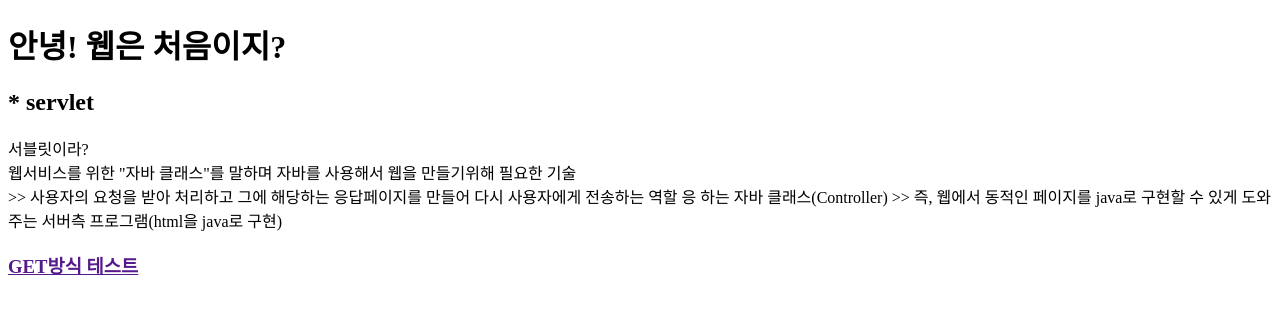
Repository: KimMJ0964/8file
Page: workspace/6_servlet/1_Servlet/src/main/webapp/index.html
The author's editor kept a copy of each file at every save. The page is drawn from the files as they stood at one save, then again after the next save.
The browser window is 1280 px wide. The pictures show the whole page.

Above is the page before, as saved 2024-09-06 03:37:37.

### workspace/6_servlet/1_Servlet/src/main/webapp/index.html
<!DOCTYPE html>
<html>
<head>
<meta charset="UTF-8">
<title>Insert title here</title>
</head>
<body>
	<h1>안녕! 웹은 처음이지?</h1>

	<h2>* servlet</h2>

	<p>
		서블릿이라? <br>
		웹서비스를 위한 "자바 클래스"를 말하며 자바를 사용해서 웹을 만들기위해 필요한 기술<br>
			>> 사용자의 요청을 받아 처리하고 그에 해당하는 응답페이지를 만들어 다시 사용자에게 전송하는 역할
				응 하는 자바 클래스(Controller)
			>> 즉, 웹에서 동적인 페이지를 java로 구현할 수 있게 도와주는 서버측 프로그램(html을 java로 구현)
	</p>

	<h3><a href="">GET방식 테스트</a></h3>
</body>
</html>

After the next save:
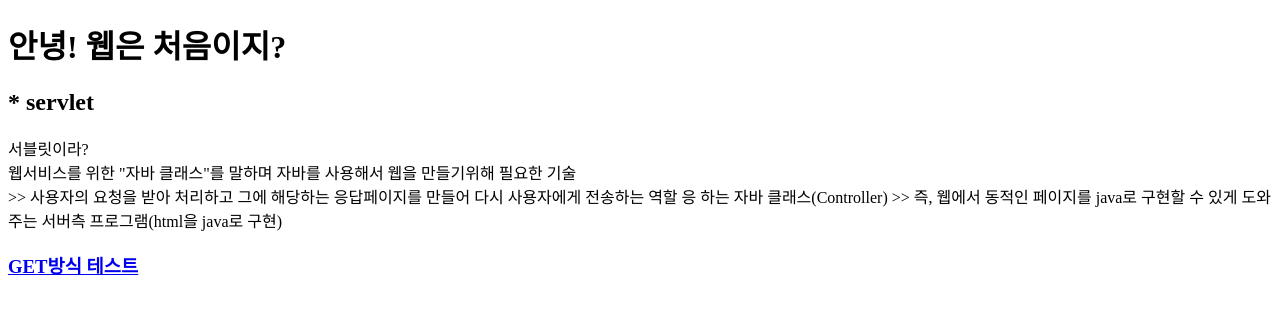
Saved 11 s later.
--- a/workspace/6_servlet/1_Servlet/src/main/webapp/index.html
+++ b/workspace/6_servlet/1_Servlet/src/main/webapp/index.html
@@ -17,6 +17,6 @@
 			>> 즉, 웹에서 동적인 페이지를 java로 구현할 수 있게 도와주는 서버측 프로그램(html을 java로 구현)
 	</p>
 
-	<h3><a href="">GET방식 테스트</a></h3>
+	<h3><a href="views/requestTest_Get.html">GET방식 테스트</a></h3>
 </body>
 </html>
